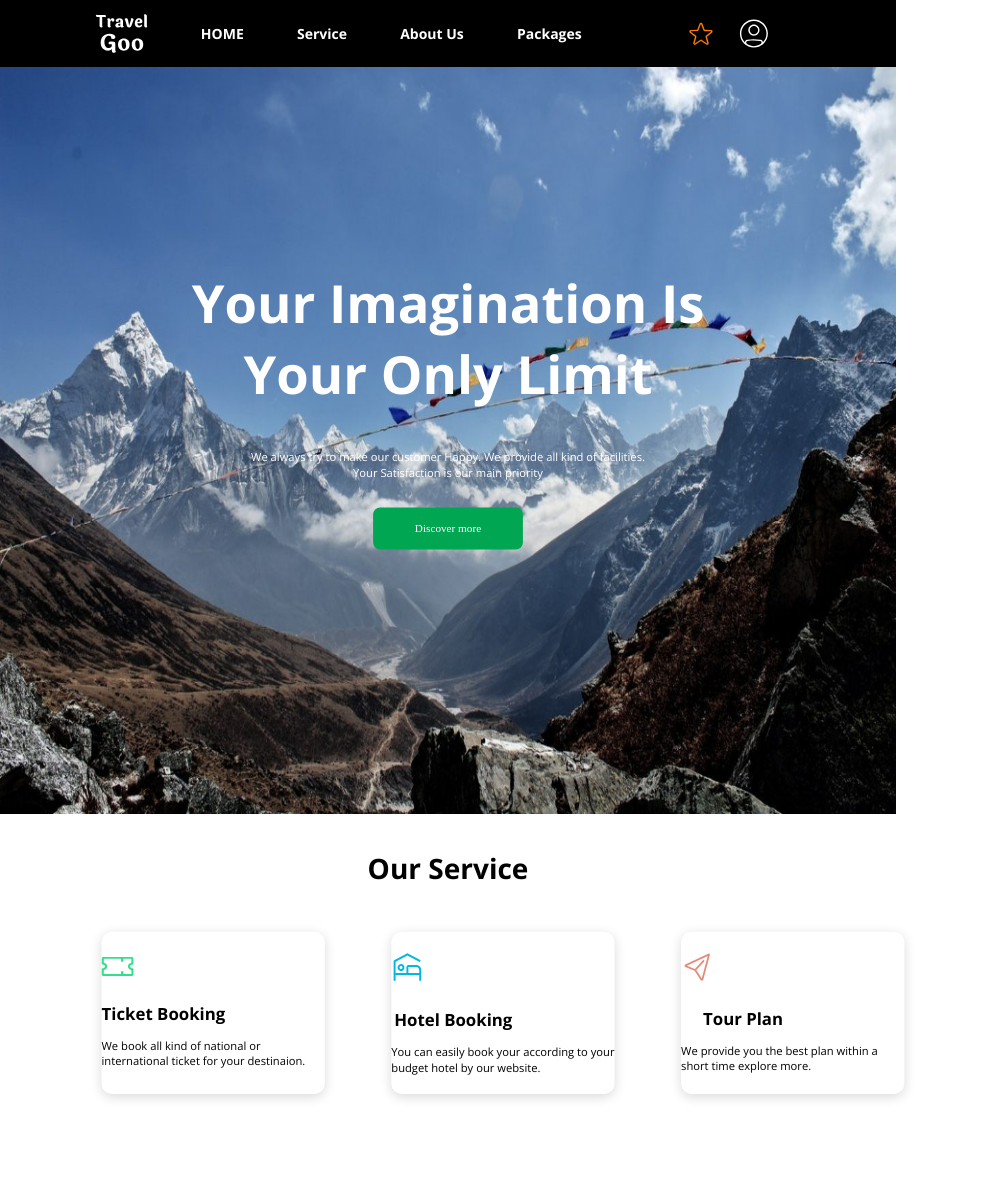
Repository: kubrazamanova/Background-Image
Page: index.html
These files come from the project's save history. The page is drawn as it stood at one moment and after the next save; the edit follows.
The browser window is 1280 px wide. The page is 1417 px wide, then 1280 px, then 1417 px, so the pictures cover 1417 px, including what lies to the right of the window. The pictures show the part of the page from y = 0 to 1720 px (the page is 2743 px tall before and 1163 px after), at 70% of full size.

Above is the page before, as saved 2023-10-17 18:50:12.

After the next save:
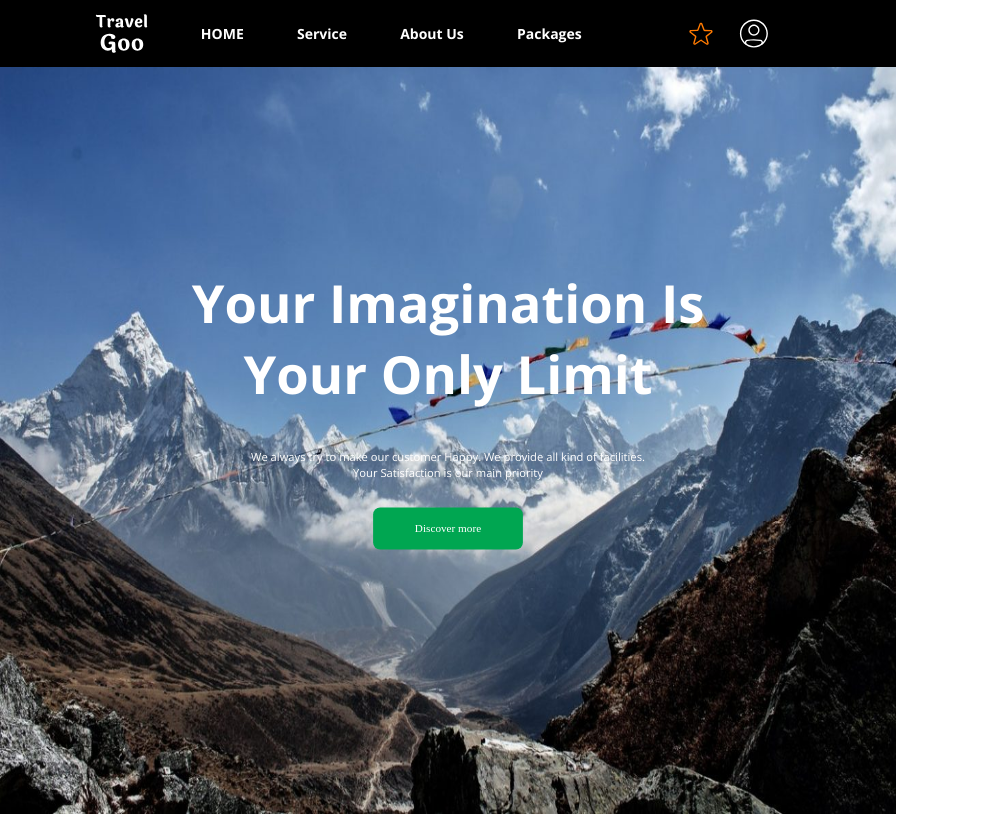
Saved 56 s later.
--- a/index.html
+++ b/index.html
@@ -41,7 +41,7 @@
           <a href="#">Discover more</a>
         </main>
       </div>
-      <div id="service-page">
+      <!-- <div id="service-page">
         <div class="our-service-page">
           <h1>Our Service</h1>
 
@@ -206,7 +206,7 @@
             </li>
           </ul>
         </div>
-      </div>
+      </div> -->
     </div>
   </body>
 </html>

After the save that followed:
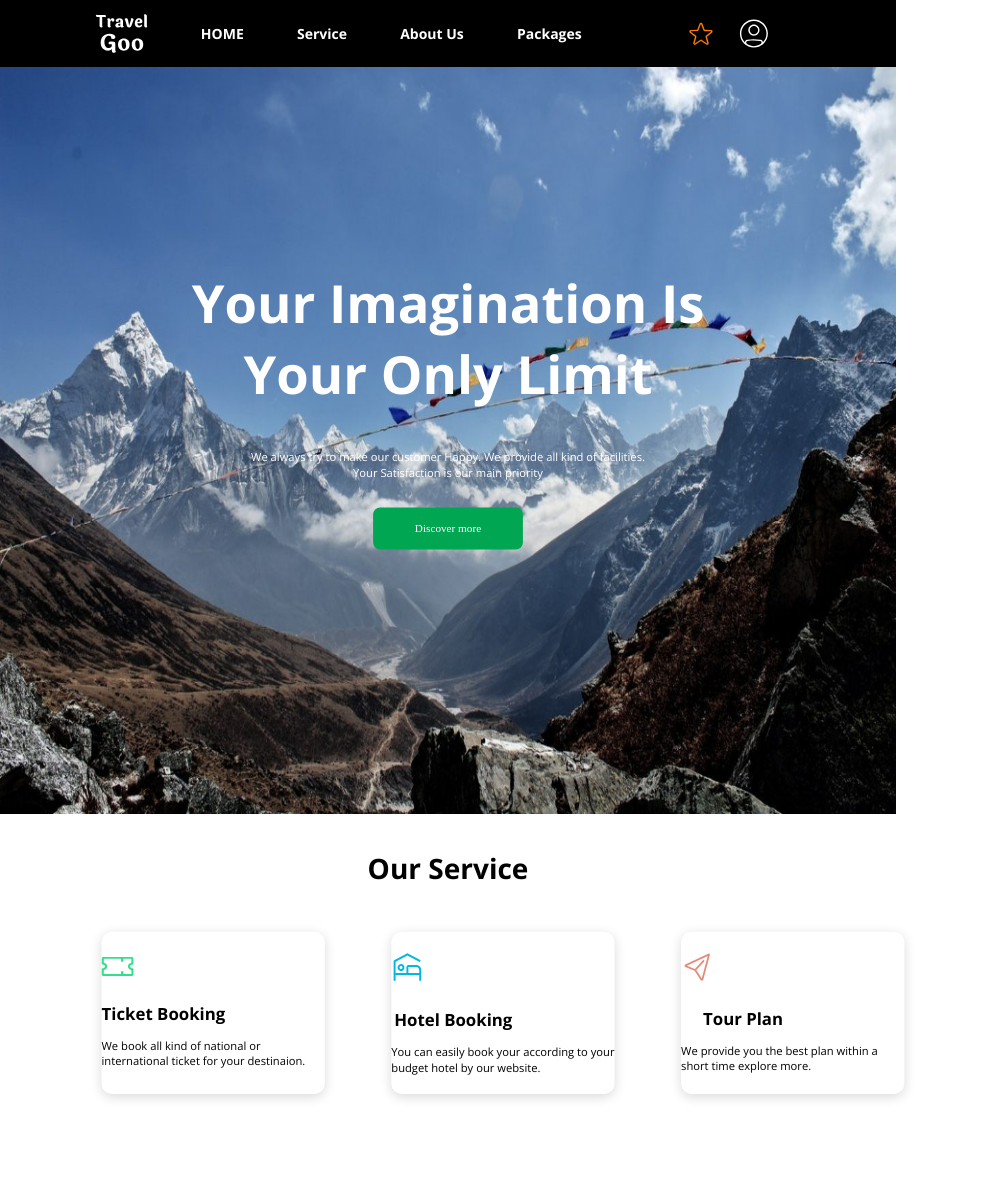
Saved 19 s later.
--- a/index.html
+++ b/index.html
@@ -41,7 +41,7 @@
           <a href="#">Discover more</a>
         </main>
       </div>
-      <!-- <div id="service-page">
+      <div id="service-page">
         <div class="our-service-page">
           <h1>Our Service</h1>
 
@@ -206,7 +206,7 @@
             </li>
           </ul>
         </div>
-      </div> -->
+      </div>
     </div>
   </body>
 </html>
